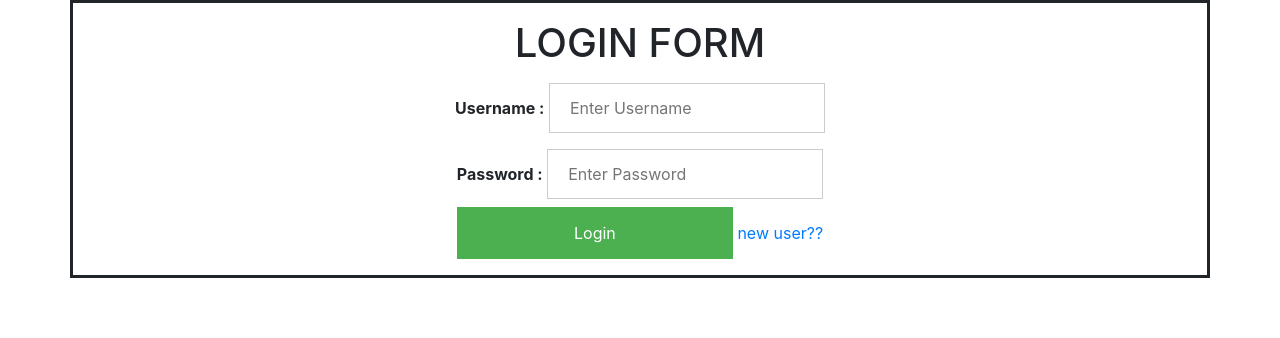
Repository: mugdha97/JSPServlet
Page: http://localhost/loginPage/login.jsp
An editor plug-in stored every save of this project. The page is shown before and after the next save, followed by the edit.
The browser window is 1280 px wide. The pictures show the whole page.
The page is served by Tomcat 9. Other server files are loaded and not shown.

Above is the page before, as saved 2019-10-22 06:02:16.

### loginPage/WebContent/login.jsp
<%@ page language="java" contentType="text/html; charset=UTF-8"
    pageEncoding="UTF-8"%>
<!DOCTYPE html>
<html>
<head>
<meta charset="UTF-8">
<title>Insert title here</title>
<link rel="stylesheet" href="login.css"> <!-- add css files -->
<link rel="stylesheet"
	href="https://maxcdn.bootstrapcdn.com/bootstrap/4.3.1/css/bootstrap.min.css">
<script
	src="https://ajax.googleapis.com/ajax/libs/jquery/3.4.1/jquery.min.js"></script>
<script
	src="https://cdnjs.cloudflare.com/ajax/libs/popper.js/1.14.7/umd/popper.min.js"></script>
<script
	src="https://maxcdn.bootstrapcdn.com/bootstrap/4.3.1/js/bootstrap.min.js"></script>
</head>

<body>
<center>

<div class="container">
<form action="login" method="post">
		<div><h1> LOGIN FORM</h1></div>
      <label for="uname"><b>Username : </b></label>
      <input type="text" placeholder="Enter Username" name="uname" required><br>

      <label for="psw"><b>Password : </b></label>
      <input type="password" placeholder="Enter Password" name="password" required><br>

      <button type="submit"value="login">Login</button>
     <a href="Registration.jsp">new user??</a>
     </form>
    </div>

    </center>
</body>
</html>

### loginPage/WebContent/login.css
body {font-family: Arial, Helvetica, sans-serif;}

/* Full-width input fields */
input[type=text], input[type=password] {
  width: 25%;
  padding: 12px 20px;
  margin: 8px 0;
  display: inline-block;
  border: 1px solid #ccc;

}

/* Set a style for all buttons */
button {
  background-color: #4CAF50;
  color: white;
  padding: 14px 20px;
  margin: 8px 0;
  border: none;
  cursor: pointer;
  width: 25%;
}

button:hover {
  opacity: 0.8;
}

/* Extra styles for the cancel button */


.container {
  padding: 16px;
 border-style: solid;
 width:50%;
}

span.psw {
  float: right;
  padding-top: 16px;
}

/* The Modal (background) */
.modal {
  display: none; /* Hidden by default */
  position: fixed; /* Stay in place */
  z-index: 1; /* Sit on top */
  left: 0;
  top: 0;
  width: 100%; /* Full width */
  height: 100%; /* Full height */
  overflow: auto; /* Enable scroll if needed */
  background-color: rgb(0,0,0); /* Fallback color */
  background-color: rgba(0,0,0,0.4); /* Black w/ opacity */
  padding-top: 60px;
}

/* Modal Content/Box */
.modal-content {
  background-color: #fefefe;
  margin: 5% auto 15% auto; /* 5% from the top, 15% from the bottom and centered */
  border: 1px solid #888;
  width: 80%; /* Could be more or less, depending on screen size */
}

/* The Close Button (x) */
.close {
  position: absolute;
  right: 25px;
  top: 0;
  color: #000;
  font-size: 35px;
  font-weight: bold;
}

.close:hover,
.close:focus {
  color: red;
  cursor: pointer;
}

After the next save:
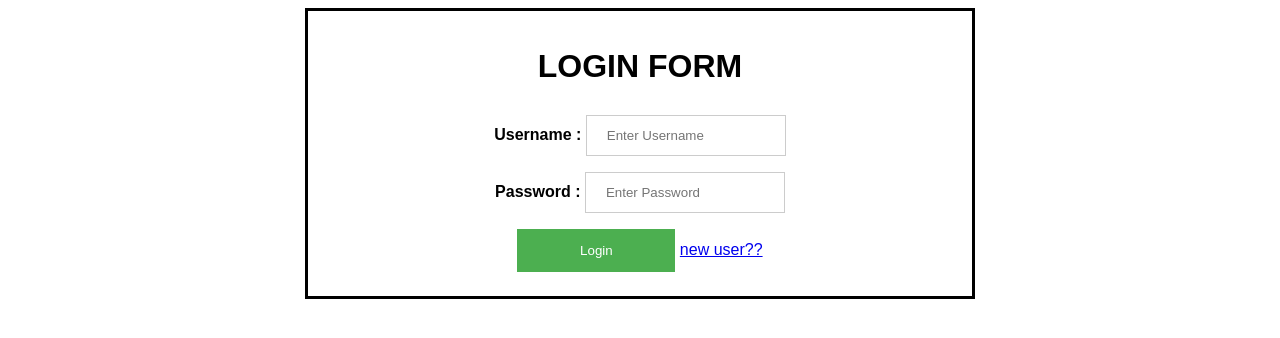
Saved 28 s later.
--- a/loginPage/WebContent/login.jsp
+++ b/loginPage/WebContent/login.jsp
@@ -6,16 +6,7 @@
 <meta charset="UTF-8">
 <title>Insert title here</title>
 <link rel="stylesheet" href="login.css"> <!-- add css files -->
-<link rel="stylesheet"
-	href="https://maxcdn.bootstrapcdn.com/bootstrap/4.3.1/css/bootstrap.min.css">
-<script
-	src="https://ajax.googleapis.com/ajax/libs/jquery/3.4.1/jquery.min.js"></script>
-<script
-	src="https://cdnjs.cloudflare.com/ajax/libs/popper.js/1.14.7/umd/popper.min.js"></script>
-<script
-	src="https://maxcdn.bootstrapcdn.com/bootstrap/4.3.1/js/bootstrap.min.js"></script>
 </head>
-
 <body>
 <center>
 
